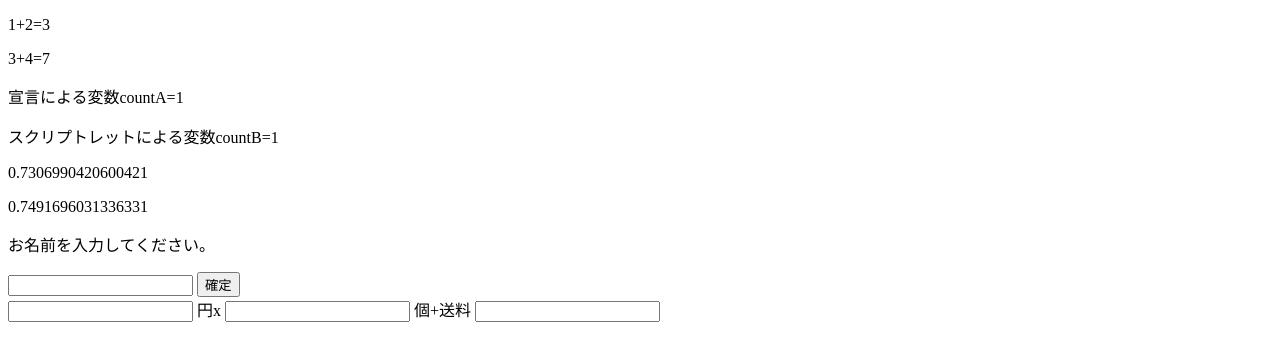
Repository: cha-git/test
Page: http://localhost/HelloJSP/
These files come from the project's save history. The page is drawn as it stood at one moment and after the next save; the edit follows.
The browser window is 1280 px wide. The pictures show the whole page.
The page is served by Tomcat 9.

Above is the page before, as saved 2018-12-03 12:13:39.

After the next save:
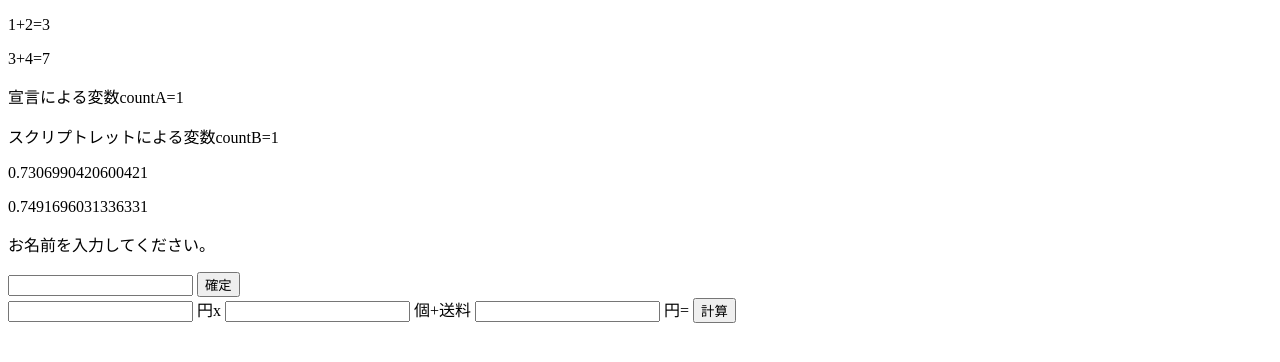
Saved 22 s later.
--- a/HelloJSP/WebContent/index.jsp
+++ b/HelloJSP/WebContent/index.jsp
@@ -43,6 +43,8 @@
 		<input type="text" name="count">
 		個+送料
 		<input type="text" name="delivery">
+		円=
+		<input type="submit" value="計算">
 	</form>
 </body>
 </html>
